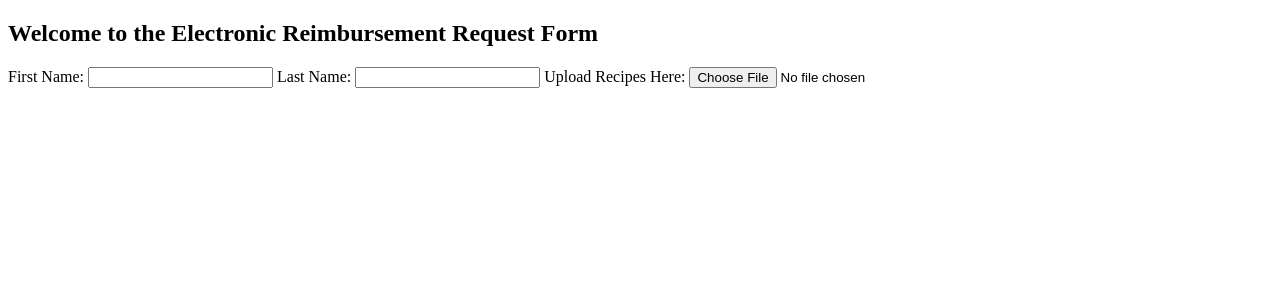
Repository: lharrill01/july_11_current_projects
Page: gres/src/main/java/gres/model/errfwelcome.html
An editor plug-in stored every save of this project. The page is shown before and after the next save, followed by the edit.
The browser window is 1280 px wide. The pictures show the whole page.

Above is the page before, as saved 2019-07-07 20:24:17.

### gres/src/main/java/gres/model/errfwelcome.html
<!DOCTYPE html>
<html>
<head>
<meta charset="ISO-8859-1">
<title>Welcome to the Electronic Reimbursement Request Form</title>
</head>
<h2>Welcome to the Electronic Reimbursement Request Form</h2>
<label> First Name: </label>
<input type="text" name="firstName">

<label> Last Name: </label>
<input type="text" name="lastName">

<label> Upload Recipes Here: </label>
<input type="file" name="reciepts" accept="image/*">
<body>



</body>
</html>

After the next save:
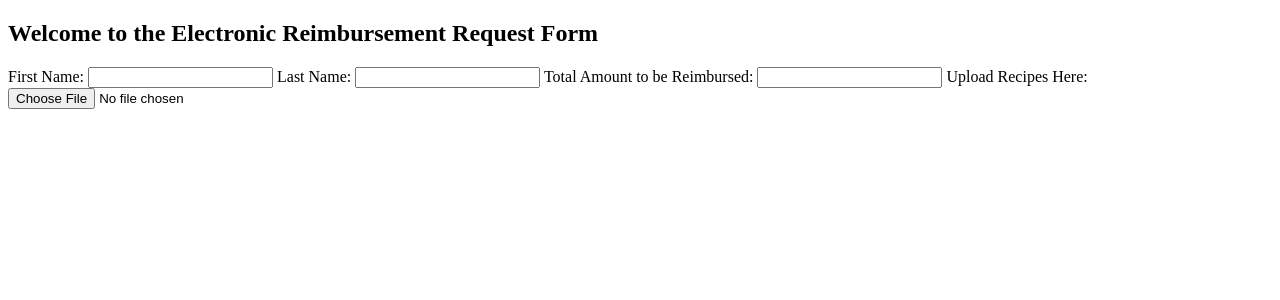
Saved 16 min 42 s later.
--- a/gres/src/main/java/gres/model/errfwelcome.html
+++ b/gres/src/main/java/gres/model/errfwelcome.html
@@ -11,6 +11,9 @@
 <label> Last Name: </label>
 <input type="text" name="lastName">
 
+<label>Total Amount to be Reimbursed: </label>
+<input type="text" name="rAmount">
+
 <label> Upload Recipes Here: </label>
 <input type="file" name="reciepts" accept="image/*">
 <body>
